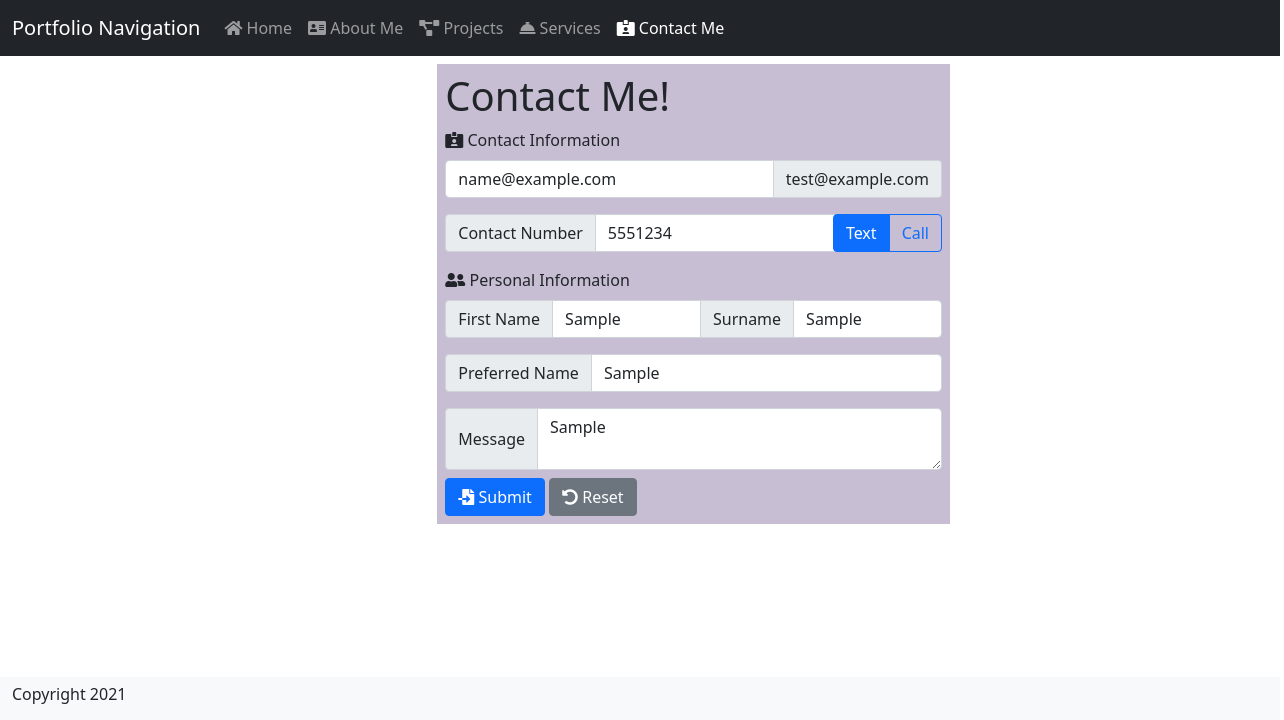
Repository: GarlicButterBoy/Portfolio
Page: contact.html
An editor plug-in stored every save of this project. The page is shown before and after the next save, followed by the edit.
The browser window is 1280 px wide. The page is 1284 px wide, so the pictures cover 1284 px, including what lies to the right of the window. The pictures show the whole page.
Empty fields were first filled with sample values (such as "Sample", 5 or name@example.com).
After loading, the first visible `#firstName` was changed once.

Above is the page before, as saved 2021-06-14 11:36:54.

After the next save:
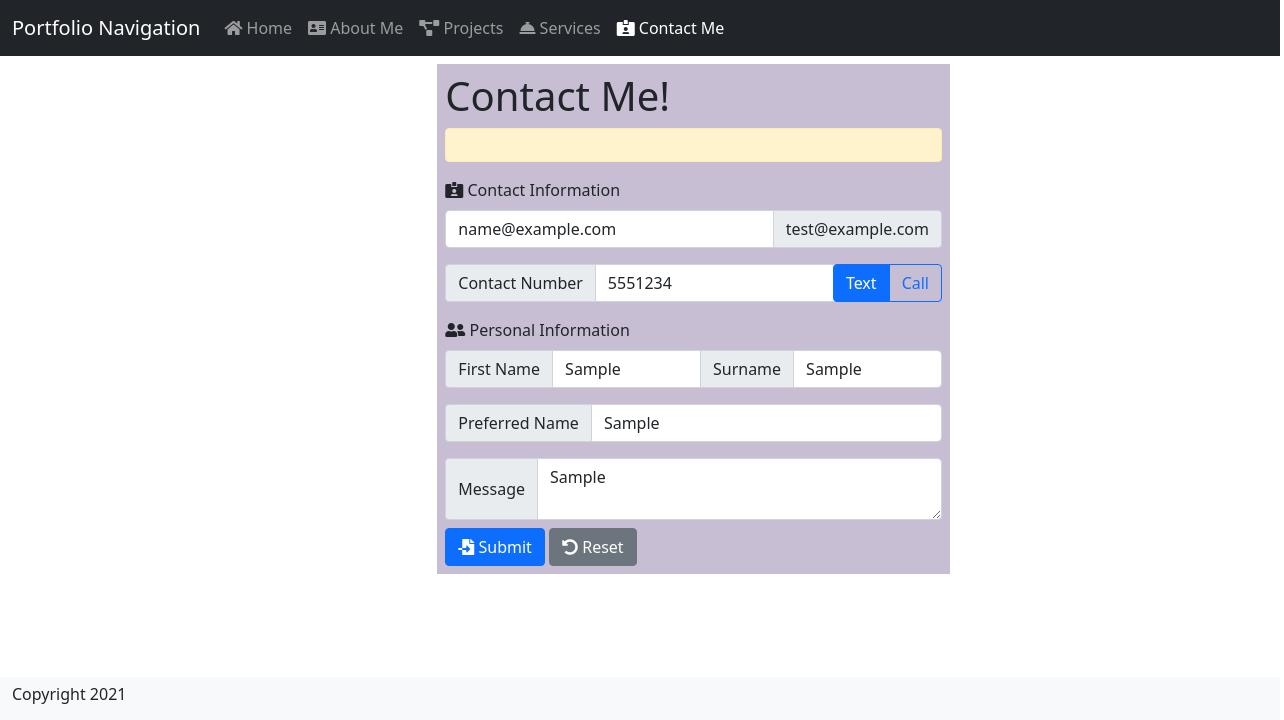
Saved 4 s later.
--- a/Scripts/app.js
+++ b/Scripts/app.js
@@ -104,7 +104,7 @@
         $("#firstName").on("change", (e) => {
             if($("#firstName").length < 2)
             {
-                $("#errorMessage")
+                $("#errorMessage").show()
                 console.log("Contact Name Too Short")
             }
             console.log("changed");

After the 5 saves that followed:
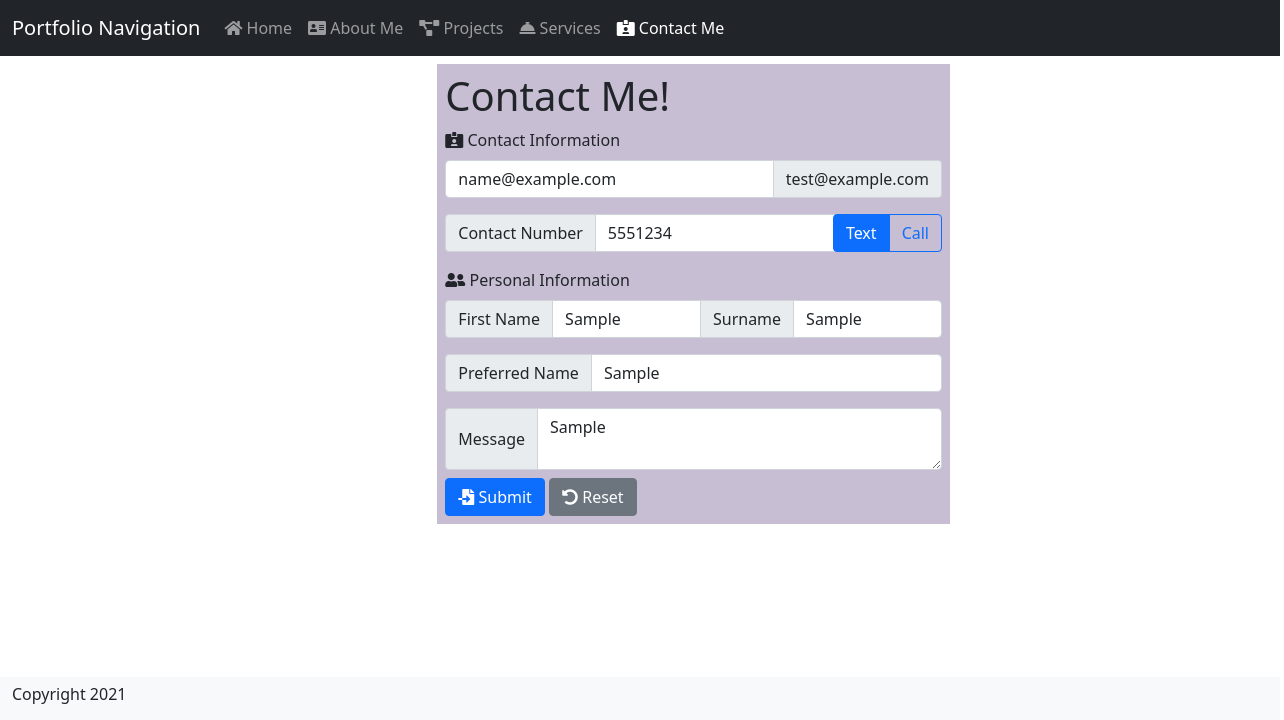
Console error: TypeError: $(...).$ is not a function
The 5 saves are shown as one change because 1 left the picture as it was and some came seconds apart.
The last was saved 22 s later.
--- a/Scripts/app.js
+++ b/Scripts/app.js
@@ -104,7 +104,8 @@
         $("#firstName").on("change", (e) => {
             if($("#firstName").length < 2)
             {
-                $("#errorMessage").show()
+                $("#errorMessage").
+                $("#errorMessage").show();
                 console.log("Contact Name Too Short")
             }
             console.log("changed");
